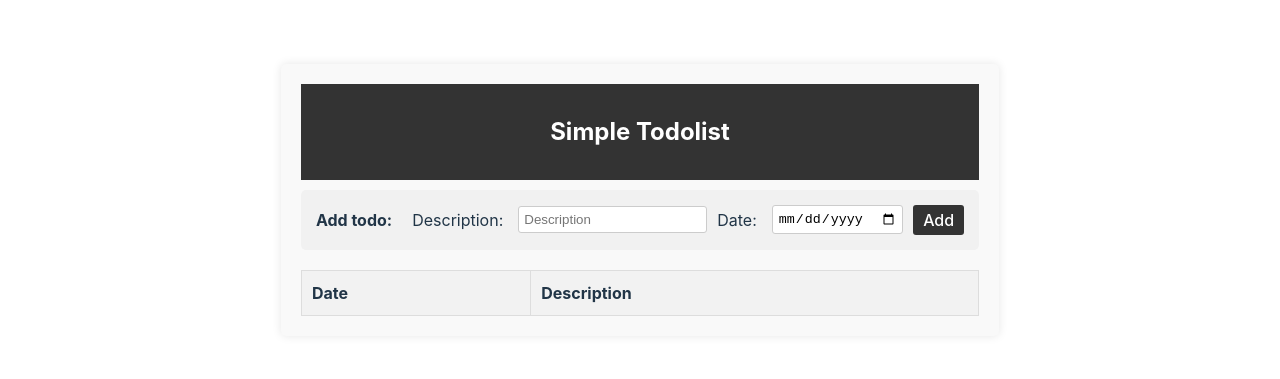
Repository: Aminul-Islam85/Todolist-with-delete
Page: /
These files come from the project's save history. The page is drawn as it stood at one moment and after the next save; the edit follows.
The browser window is 1280 px wide. The pictures show the whole page.
The project was rebuilt for these pictures with package versions that can differ from the ones it lists, and the page was loaded fresh each time. Also part of the build but not shown: vite.config.js.

Above is the page before, as saved 2024-09-23 20:08:20.

### src/App.jsx
import './App.css';
import TodoList from './components/TodoList';

const App = () => {
    return (
        <div id="root">
            <TodoList />
        </div>
    );
};

export default App;

### src/index.css
:root {
  font-family: Inter, system-ui, Avenir, Helvetica, Arial, sans-serif;
  line-height: 1.5;
  font-weight: 400;

  color-scheme: light dark;
  color: rgba(255, 255, 255, 0.87);
  background-color: #242424;

  font-synthesis: none;
  text-rendering: optimizeLegibility;
  -webkit-font-smoothing: antialiased;
  -moz-osx-font-smoothing: grayscale;
}

a {
  font-weight: 500;
  color: #646cff;
  text-decoration: inherit;
}
a:hover {
  color: #535bf2;
}

body {
  margin: 0;
  display: flex;
  place-items: flex-start;
  min-width: 320px;
  min-height: 100vh;
}

h1 {
  font-size: 3.2em;
  line-height: 1.1;
}

button {
  border-radius: 8px;
  border: 1px solid transparent;
  padding: 0.6em 1.2em;
  font-size: 1em;
  font-weight: 500;
  font-family: inherit;
  background-color: #1a1a1a;
  cursor: pointer;
  transition: border-color 0.25s;
}
button:hover {
  border-color: #646cff;
}
button:focus,
button:focus-visible {
  outline: 4px auto -webkit-focus-ring-color;
}

@media (prefers-color-scheme: light) {
  :root {
    color: #213547;
    background-color: #ffffff;
  }
  a:hover {
    color: #747bff;
  }
  button {
    background-color: #f9f9f9;
  }
}

### src/App.css
#root {
  max-width: 1280px;
  margin: 0 auto;
  padding: 2rem;
  text-align: center;
}

.todo-container {
  background-color: #f9f9f9;
  padding: 20px;
  border-radius: 5px;
  box-shadow: 0px 0px 10px rgba(0, 0, 0, 0.1);
}

.header {
  background-color: #333;
  color: white;
  padding: 10px;
  margin-bottom: 10px;
}

.form-container {
  margin-bottom: 20px;
  background-color: #f1f1f1;
  padding: 15px;
  border-radius: 5px;
}

form {
  display: flex;
  align-items: center;
  justify-content: flex-start; /* Aligns items to the left */
  gap: 10px;
}

.add-todo-label {
  margin-right: 10px;
  font-weight: bold;
}

form label {
  margin-right: 5px;
}

form input {
  padding: 5px;
  border: 1px solid #ccc;
  border-radius: 3px;
}

form button {
  padding: 5px 10px;
  background-color: #333;
  color: white;
  border: none;
  cursor: pointer;
  border-radius: 3px;
}

form button:hover {
  background-color: #555;
}

.todo-table {
  width: 100%;
  border-collapse: collapse;
  margin-top: 20px;
}

.todo-table, th, td {
  border: 1px solid #ddd;
}

th, td {
  padding: 10px;
  text-align: left;
}

th {
  background-color: #f2f2f2;
}

### src/components/TodoList.jsx
import { useState } from 'react';
import TodoTable from './TodoTable';

const TodoList = () => {
    const [todo, setTodo] = useState({ description: "", duedate: "" });
    const [todos, setTodos] = useState([]);

    const handleAdd = () => {
        if (!todo.description || !todo.duedate) {
            alert("Type something in both fields");
            return;
        }

        setTodos([todo, ...todos]);
        setTodo({ description: "", duedate: "" });
    };

    const handleDelete = (row) => {
        setTodos(todos.filter((_, index) => row !== index));
    };

    return (
        <div className="todo-container">
            <div className="header">
                <h2>Simple Todolist</h2>
            </div>
            <div className="form-container">
                <form onSubmit={(e) => { e.preventDefault(); handleAdd(); }}>
                    <span className="add-todo-label">Add todo:</span>
                    <label htmlFor="description">Description:</label>
                    <input
                        type="text"
                        id="description"
                        placeholder='Description'
                        value={todo.description}
                        onChange={event => setTodo({ ...todo, description: event.target.value })}
                    />
                    <label htmlFor="duedate">Date:</label>
                    <input
                        type="date"
                        id="duedate"
                        placeholder='Date'
                        value={todo.duedate}
                        onChange={event => setTodo({ ...todo, duedate: event.target.value })}
                    />
                    <button type="submit">Add</button>
                </form>
            </div>
            <TodoTable todos={todos} handleDelete={handleDelete} />
        </div>
    );
};

export default TodoList;

### src/components/TodoTable.jsx
const TodoTable = (props) => {
    return (
        <table className="todo-table">
            <thead>
                <tr>
                    <th>Date</th>
                    <th>Description</th>
                </tr>
            </thead>
            <tbody>
                {
                    props.todos.map((todo, index) =>
                        <tr key={index}>
                            <td>{todo.duedate}</td>
                            <td>{todo.description}</td>
                        </tr>
                    )
                }
            </tbody>
        </table>
    );
};

export default TodoTable;

Loaded but not shown: index.html (common file); src/main.jsx (common file)

After the next save:
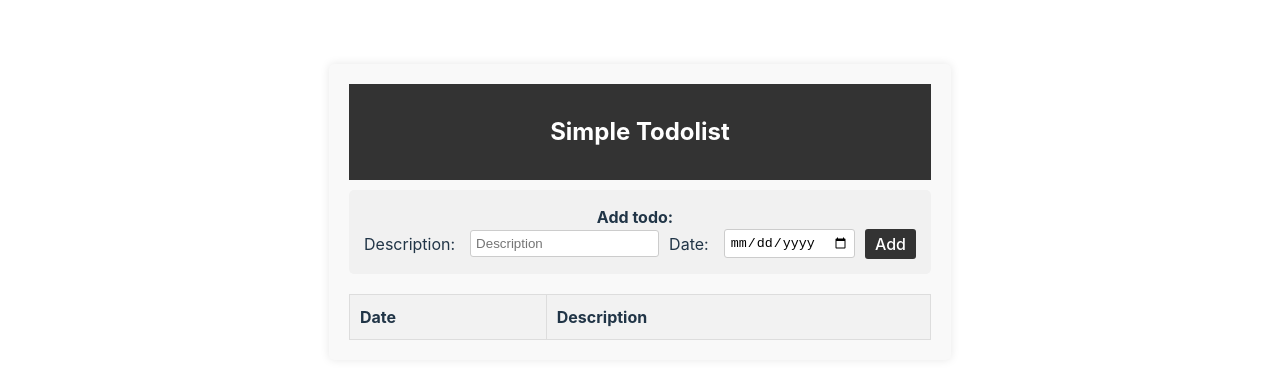
Saved 2 min 24 s later.
--- a/src/components/TodoList.jsx
+++ b/src/components/TodoList.jsx
@@ -25,8 +25,8 @@ const TodoList = () => {
                 <h2>Simple Todolist</h2>
             </div>
             <div className="form-container">
+                <span className="add-todo-label">Add todo:</span>
                 <form onSubmit={(e) => { e.preventDefault(); handleAdd(); }}>
-                    <span className="add-todo-label">Add todo:</span>
                     <label htmlFor="description">Description:</label>
                     <input
                         type="text"
